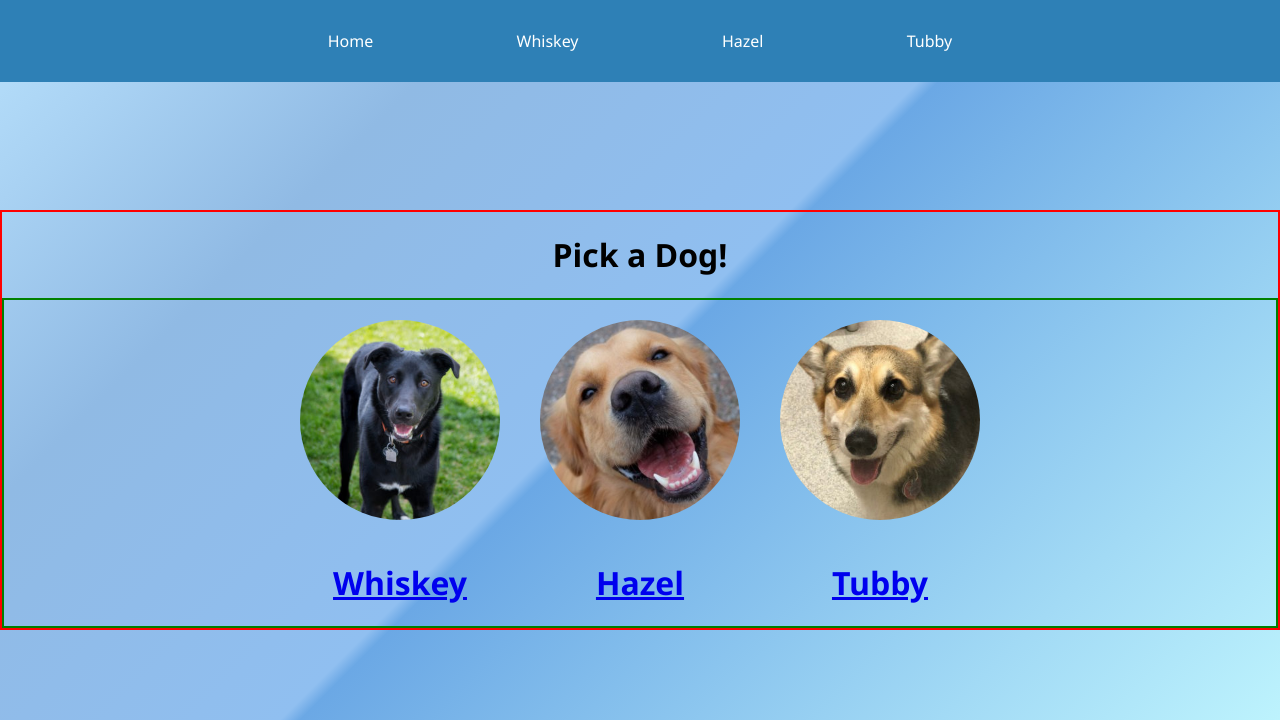
Repository: johnmutina/dog-finder
Page: /dogs
These files come from the project's save history. The page is drawn as it stood at one moment and after a run of saves; the edit follows.
The browser window is 1280 px wide. The pictures show the whole page.
The project was rebuilt for these pictures with package versions that can differ from the ones it lists, and the page was loaded fresh each time. Also part of the build but not shown: src/Dog.js.

Above is the page before, as saved 2019-07-28 15:21:26.

### src/App.js
import React, { Component } from "react";
import { Switch, Route, NavLink, Redirect } from "react-router-dom";
import DogFinder from "./DogFinder";
import Dog from "./Dog";
import "./App.css";

// Import all images in image folder
function importAll(r) {
  let images = {};
  r.keys().map((item, index) => {
    images[item.replace("./", "")] = r(item);
  });
  return images;
}

const images = importAll(
  require.context("./assets", false, /\.(gif|jpe?g|svg)$/)
);

class App extends Component {
  static defaultProps = {
    dogs: [
      {
        name: "Whiskey",
        age: 5,
        src: images["whiskey.jpg"],
        facts: [
          "Whiskey loves eating popcorn.",
          "Whiskey is a terrible guard dog.",
          "Whiskey wants to cuddle with you!"
        ]
      },
      {
        name: "Hazel",
        age: 3,
        src: images["hazel.jpg"],
        facts: [
          "Hazel has soooo much energy!",
          "Hazel is highly intelligent.",
          "Hazel loves people more than dogs."
        ]
      },
      {
        name: "Tubby",
        age: 4,
        src: images["tubby.jpg"],
        facts: [
          "Tubby is not the brightest dog",
          "Tubby does not like walks or exercise.",
          "Tubby loves eating food."
        ]
      }
    ]
  };

  render() {
    return (
      <div className="App">
        {/* NAVBAR */}
        <div className="App-navbar">
          <NavLink to="/dogs" activeClassName="App-active-navlink">
            Home
          </NavLink>
          {this.props.dogs.map(dog => (
            <NavLink
              key={dog.name}
              to={`/dogs/${dog.name}`}
              activeClassName="App-active-navlink"
            >
              {dog.name}
            </NavLink>
          ))}
        </div>

        {/* ROUTES SETUP */}

        <Switch>
          <Route
            exact
            path="/dogs"
            render={routeProps => (
              <DogFinder dogs={this.props.dogs} {...routeProps} />
            )}
          />
          <Route
            exact
            path="/dogs/:name"
            render={routeProps => (
              <Dog
                {...this.props.dogs.filter(
                  dog => dog.name == routeProps.match.params.name
                )[0]}
                {...routeProps}
              />
            )}
          />
          <Route render={() => <Redirect to="/dogs" />} />
        </Switch>
      </div>
    );
  }
}

export default App;

### src/DogFinder.js
import React, { Component } from "react";
import { Link } from "react-router-dom";
import "./DogFinder.css";

class DogFinder extends Component {
  render() {
    return (
      <div className="DogFinder">
        <h1>Pick a Dog!</h1>
        <div className="DogFinder-box">
          {this.props.dogs.map(dog => (
            <Link to={`/dogs/${dog.name}`}>
              <div className="DogFinder-dog-container">
                <img src={dog.src} alt={dog.name} />
                <h1>{dog.name}</h1>
              </div>
            </Link>
          ))}
        </div>
      </div>
    );
  }
}

export default DogFinder;

### src/App.css
* {
  font-family: "Segoe UI", Tahoma, Geneva, Verdana, sans-serif;
}

.App {
  min-height: 100vh;
  text-align: center;
  background: #b8e1fc; /* Old browsers */
  background: -moz-linear-gradient(
    -45deg,
    #b8e1fc 0%,
    #a9d2f3 10%,
    #90bae4 25%,
    #90bcea 37%,
    #90bff0 50%,
    #6ba8e5 51%,
    #a2daf5 83%,
    #bdf3fd 100%
  ); /* FF3.6-15 */
  background: -webkit-linear-gradient(
    -45deg,
    #b8e1fc 0%,
    #a9d2f3 10%,
    #90bae4 25%,
    #90bcea 37%,
    #90bff0 50%,
    #6ba8e5 51%,
    #a2daf5 83%,
    #bdf3fd 100%
  ); /* Chrome10-25,Safari5.1-6 */
  background: linear-gradient(
    135deg,
    #b8e1fc 0%,
    #a9d2f3 10%,
    #90bae4 25%,
    #90bcea 37%,
    #90bff0 50%,
    #6ba8e5 51%,
    #a2daf5 83%,
    #bdf3fd 100%
  ); /* W3C, IE10+, FF16+, Chrome26+, Opera12+, Safari7+ */
  filter: progid:DXImageTransform.Microsoft.gradient( startColorstr='#b8e1fc', endColorstr='#bdf3fd',GradientType=1 ); /* IE6-9 fallback on horizontal gradient */
}
.App-navbar {
  display: flex;
  background-color: #2e80b6;
  justify-content: space-around;
  padding: 30px 20%;
}

.App-navbar > * {
  color: white;
  text-decoration: none;
  text-transform: capitalize;
}

.App-navbar > *:hover {
  text-decoration: underline;
  font-weight: bolder;
}

### src/DogFinder.css
.DogFinder {
  margin-top: 10%;
  border: 2px solid red;
}

.DogFinder-box {
  display: flex;
  flex-flow: row wrap;
  justify-content: center;
  align-items: flex-end;
  border: 2px solid green;
}

.DogFinder-dog-container {
  display: flex;
  flex-flow: column nowrap;
  justify-items: center;
  align-items: center;
}

.DogFinder-dog-container img {
  padding: 20px;
  width: 200px;
  height: auto;
  border-radius: 50%;
}

Loaded but not shown: public/index.html (common file); src/index.js (common file); src/index.css (common file); src/serviceWorker.js (common file)

After the next 3 saves:
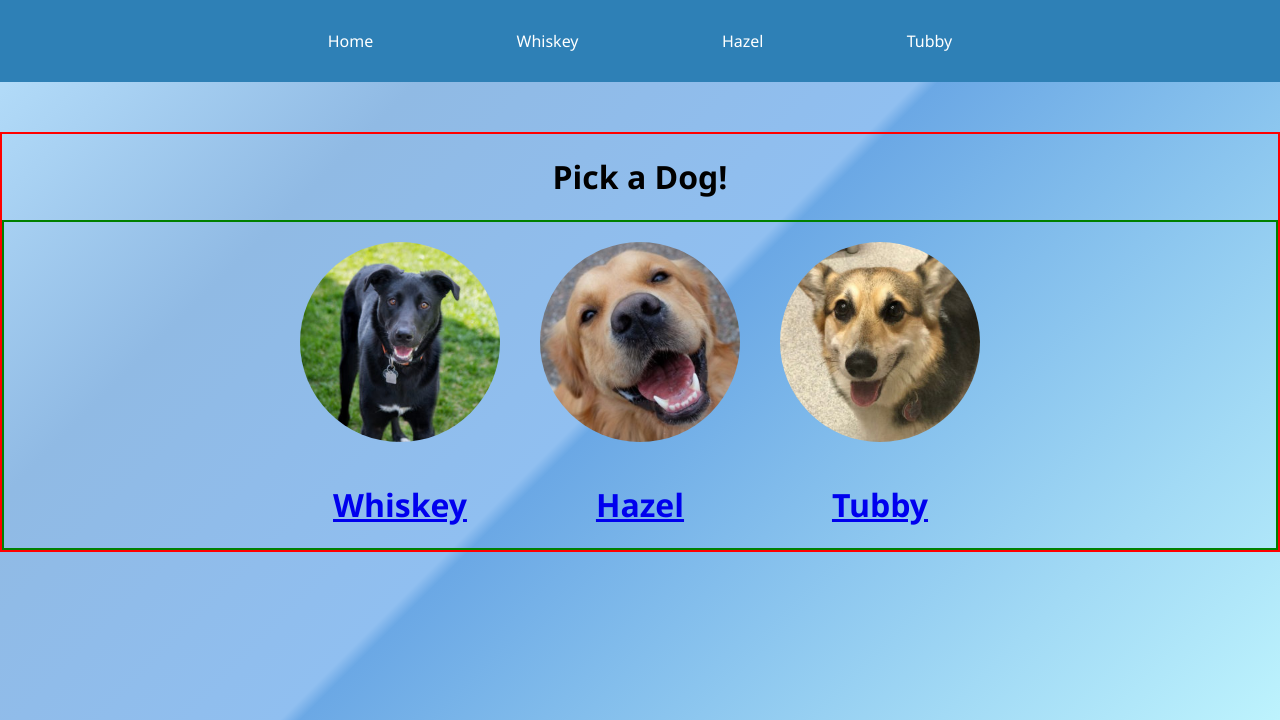
The 3 saves are shown as one change because they came seconds apart.
The last was saved 24 s later.
--- a/src/DogFinder.css
+++ b/src/DogFinder.css
@@ -1,5 +1,5 @@
 .DogFinder {
-  margin-top: 10%;
+  margin-top: 50px;
   border: 2px solid red;
 }
 
